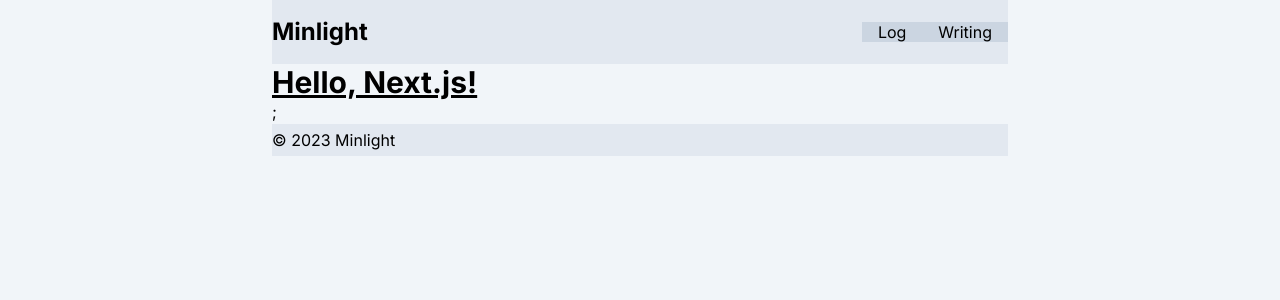
Repository: kwngmin/minlight-log
Page: /
An editor plug-in stored every save of this project. The page is shown before and after the next save, followed by the edit.
The browser window is 1280 px wide. The pictures show the whole page.
The project was rebuilt for these pictures with package versions that can differ from the ones it lists, and the page was loaded fresh each time. The framework's server and built-in components were replaced by stand-ins that run in the browser. Also part of the build but not shown: next.config.js.

Above is the page before, as saved 2023-04-04 15:29:20.

### src/app/layout.tsx
import Link from "next/link";
import "./globals.css";
import { Inter } from "next/font/google";
const inter = Inter({ subsets: ["latin"] });

export const metadata = {
  title: {
    default: "Minlight",
    template: "Minlight | %s",
  },
  description: "Minlight log",
};
const navList = [
  { name: "Log", url: "/log" },
  { name: "Writing", url: "/log" },
];
export default function RootLayout({
  children,
}: {
  children: React.ReactNode;
}) {
  return (
    <html lang="en" className={inter.className}>
      <body className="flex flex-col max-w-screen-md mx-auto bg-slate-100 px-4">
        <div className="h-16 bg-slate-200 flex items-center justify-between">
          <Link href="/" className="text-2xl font-bold">
            Minlight
          </Link>
          <nav className="">
            {navList.map(({ name, url }) => (
              <Link href={url} key={name} className="px-4 bg-slate-300">
                {name}
              </Link>
            ))}
          </nav>
        </div>
        <main className="grow">{children}</main>
        <div className="bg-slate-200 h-8 flex items-center">
          © 2023 Minlight
        </div>
      </body>
    </html>
  );
}

### src/app/page.tsx
export default function Home() {
  return (
    <section>
      <h1 className="text-3xl font-bold underline">Hello, Next.js!</h1>;
    </section>
  );
}

### src/app/globals.css
@tailwind base;
@tailwind components;
@tailwind utilities;

* {
  box-sizing: border-box;
  padding: 0;
  margin: 0;
}
/*
:root {
  --max-width: 1100px;
  --border-radius: 12px;
  --font-mono: ui-monospace, Menlo, Monaco, "Cascadia Mono", "Segoe UI Mono",
    "Roboto Mono", "Oxygen Mono", "Ubuntu Monospace", "Source Code Pro",
    "Fira Mono", "Droid Sans Mono", "Courier New", monospace;

  --foreground-rgb: 0, 0, 0;
  --background-start-rgb: 214, 219, 220;
  --background-end-rgb: 255, 255, 255;

  --primary-glow: conic-gradient(
    from 180deg at 50% 50%,
    #16abff33 0deg,
    #0885ff33 55deg,
    #54d6ff33 120deg,
    #0071ff33 160deg,
    transparent 360deg
  );
  --secondary-glow: radial-gradient(
    rgba(255, 255, 255, 1),
    rgba(255, 255, 255, 0)
  );

  --tile-start-rgb: 239, 245, 249;
  --tile-end-rgb: 228, 232, 233;
  --tile-border: conic-gradient(
    #00000080,
    #00000040,
    #00000030,
    #00000020,
    #00000010,
    #00000010,
    #00000080
  );

  --callout-rgb: 238, 240, 241;
  --callout-border-rgb: 172, 175, 176;
  --card-rgb: 180, 185, 188;
  --card-border-rgb: 131, 134, 135;
}

@media (prefers-color-scheme: dark) {
  :root {
    --foreground-rgb: 255, 255, 255;
    --background-start-rgb: 0, 0, 0;
    --background-end-rgb: 0, 0, 0;

    --primary-glow: radial-gradient(rgba(1, 65, 255, 0.4), rgba(1, 65, 255, 0));
    --secondary-glow: linear-gradient(
      to bottom right,
      rgba(1, 65, 255, 0),
      rgba(1, 65, 255, 0),
      rgba(1, 65, 255, 0.3)
    );

    --tile-start-rgb: 2, 13, 46;
    --tile-end-rgb: 2, 5, 19;
    --tile-border: conic-gradient(
      #ffffff80,
      #ffffff40,
      #ffffff30,
      #ffffff20,
      #ffffff10,
      #ffffff10,
      #ffffff80
    );

    --callout-rgb: 20, 20, 20;
    --callout-border-rgb: 108, 108, 108;
    --card-rgb: 100, 100, 100;
    --card-border-rgb: 200, 200, 200;
  }
}

* {
  box-sizing: border-box;
  padding: 0;
  margin: 0;
}

html,
body {
  max-width: 100vw;
  overflow-x: hidden;
}

body {
  color: rgb(var(--foreground-rgb));
  background: linear-gradient(
      to bottom,
      transparent,
      rgb(var(--background-end-rgb))
    )
    rgb(var(--background-start-rgb));
}

a {
  color: inherit;
  text-decoration: none;
}

@media (prefers-color-scheme: dark) {
  html {
    color-scheme: dark;
  }
} */

Loaded but not shown: tailwind.config.js (common file)

After the next save:
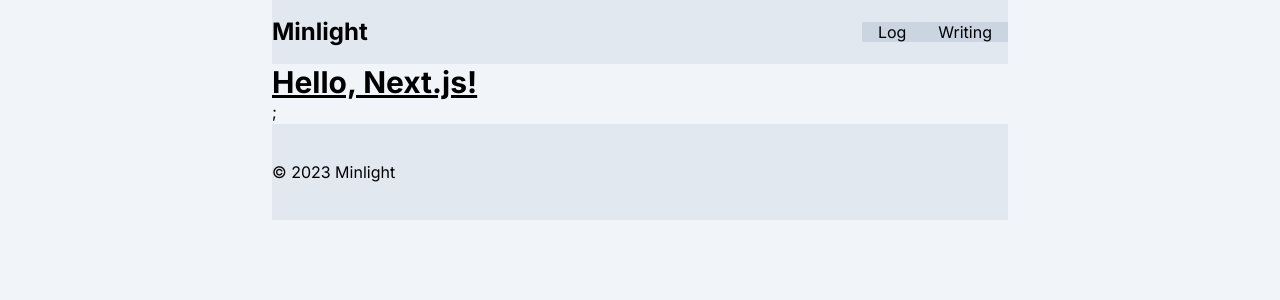
Saved 8 s later.
--- a/src/app/layout.tsx
+++ b/src/app/layout.tsx
@@ -35,7 +35,7 @@ export default function RootLayout({
           </nav>
         </div>
         <main className="grow">{children}</main>
-        <div className="bg-slate-200 h-8 flex items-center">
+        <div className="bg-slate-200 h-24 flex items-center">
           © 2023 Minlight
         </div>
       </body>
